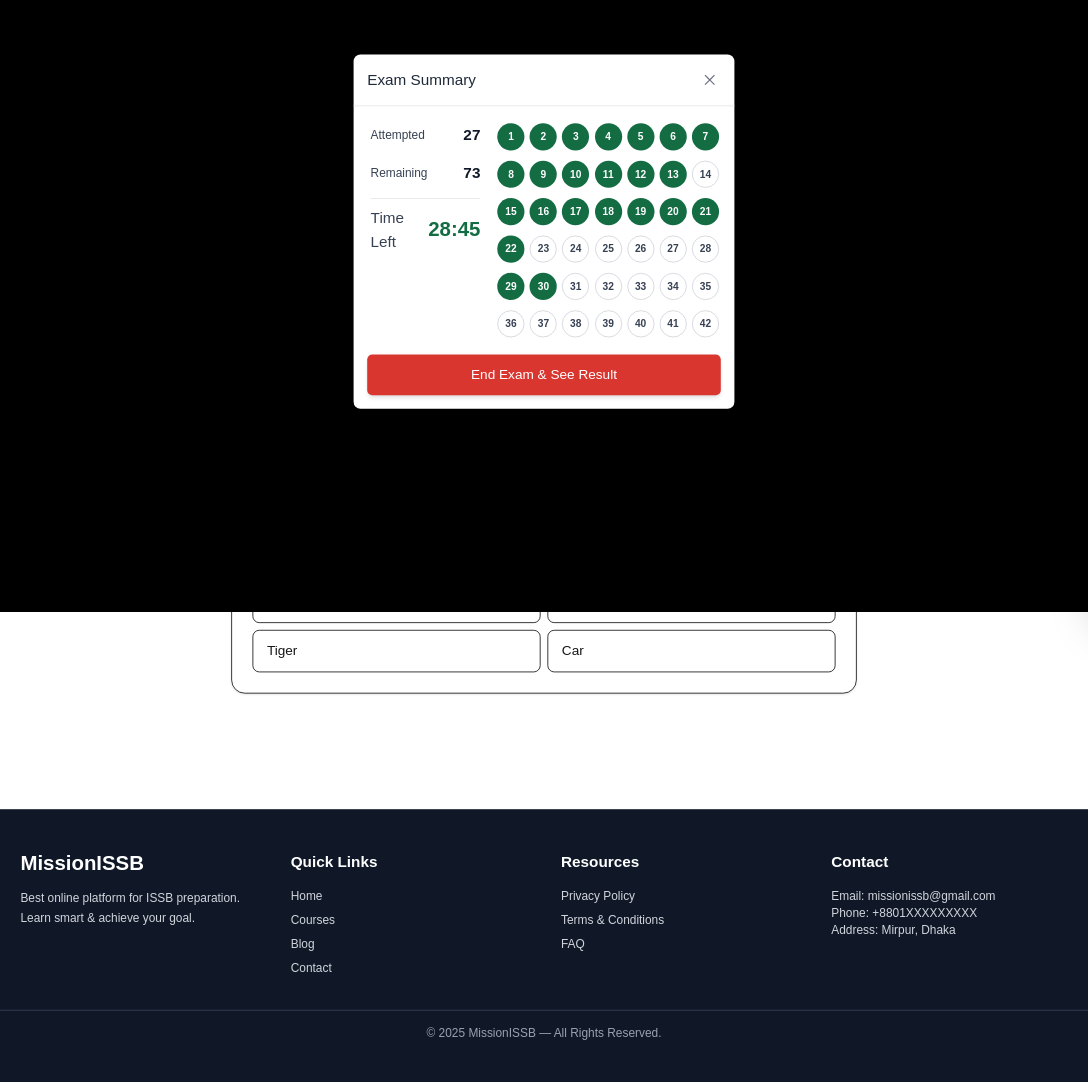
Repository: mdmuhibullahhabib/missionissb
Page: /exam/verbal-model-test-01, after clicking the first element matching `button.bg-green-900`
The author's editor kept a copy of each file at every save. The page is drawn from the files as they stood at one save, then again after a run of saves.
The browser window is 1280 px wide. The pictures show the whole page, at 85% of full size.
The page's requests for data from a server got no answer. The project was rebuilt for these pictures with package versions that can differ from the ones it lists, and the page was loaded fresh each time. The framework's server and built-in components were replaced by stand-ins that run in the browser. No one was signed in, and anything a server would have sent is missing. Also part of the build but not shown: next.config.mjs.

Above is the page before, as saved 2025-12-15 19:30:47.

### app/layout.js
import { Geist, Geist_Mono } from 'next/font/google'
import './globals.css'
import Footer from '@/components/shared/Footer'
import Navbar from '@/components/shared/Navbar'
import NextAuthProvider from './providers/NextAuthProvider'
import LayoutWrapper from '@/components/LayoutWrapper'

const geistSans = Geist({
  variable: '--font-geist-sans',
  subsets: ['latin']
})

const geistMono = Geist_Mono({
  variable: '--font-geist-mono',
  subsets: ['latin']
})

export const metadata = {
  title: 'Mission ISSB',
  description: 'Generated by create next app'
}

export default function RootLayout({ children }) {
  return (
    <html lang='en' suppressHydrationWarning={true}>
      <body
        className={`${geistSans.variable} ${geistMono.variable} antialiased`}
      >
        <NextAuthProvider>

                    <LayoutWrapper>{children}</LayoutWrapper>


          {/* <Navbar />

          {children}

          <Footer /> */}
        </NextAuthProvider>
      </body>
    </html>
  )
}

### app/exam/[id]/page.jsx
"use client";

import { useState, useEffect } from "react";
import { Clock } from "lucide-react";
import McqCard from "./components/McqCard";
import SubmitModal from "./components/SubmitModal";

/* Fake Questions */
const questions = [
  {
    question: "Find the odd one out",
    options: ["VUTS", "NUTS", "PONM", "JIHG", "None of these"],
  },
  {
    question: "Choose the correct series",
    options: ["2, 6, 12", "3, 9, 27", "5, 10, 20", "7, 14, 28"],
  },
  {
    question: "Which word is different?",
    options: ["Dog", "Cat", "Tiger", "Car"],
  },
];

const ExamPage = () => {
  const [answers, setAnswers] = useState({});
  const [showSubmitModal, setShowSubmitModal] = useState(false);
  const [timeLeft, setTimeLeft] = useState(1 * 60); // ✅ 35 min in seconds

  /* ================= TIMER LOGIC ================= */
  useEffect(() => {
    if (timeLeft <= 0) {
      handleSubmit();
      return;
    }

    const timer = setInterval(() => {
      setTimeLeft((prev) => prev - 1);
    }, 1000);

    return () => clearInterval(timer);
  }, [timeLeft]);

  /* ================= HELPER FUNCTIONS ================= */
  const handleSelect = (qIndex, optIdx) => {
    setAnswers({ ...answers, [qIndex]: optIdx });
  };

  const handleSubmit = () => {
    setShowSubmitModal(false);
    alert("Exam Submitted!");
    console.log("Submitted Answers:", answers);
  };

  /* ======== FORMAT TIMER ====== */
  const formatTime = (seconds) => {
    const m = Math.floor(seconds / 60)
      .toString()
      .padStart(2, "0");
    const s = (seconds % 60).toString().padStart(2, "0");
    return `${m}:${s}`;
  };

  return (
    <div className="min-h-screen bg-white pb-28">

      {/* Header */}
      <div className="text-center py-6">
        <h1 className="text-2xl font-bold">Verbal Model Test 01</h1>
        <p className="text-gray-600">
          Total Questions: {questions.length} | Duration: 35 min
        </p>
      </div>

      {/* Questions */}
      <div className="max-w-3xl space-y-4 mx-auto px-4">
        {questions.map((q, index) => (
          <McqCard
            key={index}
            index={index}
            question={q.question}
            options={q.options}
            selectedAnswer={answers[index]}
            onSelect={(optIdx) => handleSelect(index, optIdx)}
          />
        ))}
      </div>

      {/* Footer */}
      <div className="fixed bottom-0 left-0 w-full bg-white border-t px-4 py-3 flex justify-between items-center">
        <div className="flex items-center gap-2 font-medium">
          <Clock size={18} />
          <span>{formatTime(timeLeft)}</span>
        </div>

        <button
          onClick={() => setShowSubmitModal(true)}
          className="bg-green-900 btn text-white px-6 py-2 rounded-full"
        >
          Submit Exam
        </button>
      </div>

      {/* Submit Modal */}
      <SubmitModal
        isOpen={showSubmitModal}
        onClose={() => setShowSubmitModal(false)}
        onSubmit={handleSubmit}
      />
    </div>
  );
};

export default ExamPage;

### components/shared/Footer.jsx
"use client";
import Link from "next/link";

export default function Footer() {
  return (
    <footer className="bg-gray-900 text-gray-300 py-12">
      <div className="max-w-7xl mx-auto grid grid-cols-1 md:grid-cols-4 gap-10 px-6">

        {/* Column 1 */}
        <div>
          <h2 className="text-2xl font-bold text-white">MissionISSB</h2>
          <p className="mt-3 text-sm leading-6">
            Best online platform for ISSB preparation.
            Learn smart & achieve your goal.
          </p>
        </div>

        {/* Column 2 */}
        <div>
          <h3 className="text-lg font-semibold text-white mb-4">Quick Links</h3>
          <ul className="space-y-2 text-sm">
            <li><Link href="/" className="hover:text-white">Home</Link></li>
            <li><Link href="/courses" className="hover:text-white">Courses</Link></li>
            <li><Link href="/blog" className="hover:text-white">Blog</Link></li>
            <li><Link href="/contact" className="hover:text-white">Contact</Link></li>
          </ul>
        </div>

        {/* Column 3 */}
        <div>
          <h3 className="text-lg font-semibold text-white mb-4">Resources</h3>
          <ul className="space-y-2 text-sm">
            <li><Link href="/privacy" className="hover:text-white">Privacy Policy</Link></li>
            <li><Link href="/terms" className="hover:text-white">Terms & Conditions</Link></li>
            <li><Link href="/faq" className="hover:text-white">FAQ</Link></li>
          </ul>
        </div>

        {/* Column 4 */}
        <div>
          <h3 className="text-lg font-semibold text-white mb-4">Contact</h3>
          <p className="text-sm">Email: missionissb@gmail.com</p>
          <p className="text-sm">Phone: +8801XXXXXXXXX</p>
          <p className="text-sm">Address: Mirpur, Dhaka</p>
        </div>
      </div>

      <div className="mt-10 border-t border-gray-700 pt-4 text-center text-gray-400 text-sm">
        © {new Date().getFullYear()} MissionISSB — All Rights Reserved.
      </div>
    </footer>
  );
}

### components/shared/Navbar.jsx
"use client";
import { useState, useEffect } from "react";
import Link from "next/link";
import { FiMenu, FiX } from "react-icons/fi";
import { useSession } from "next-auth/react";
import { useRouter } from "next/navigation";
import DrawerMenu from "../user/UserDrawerMenu";


// Fake user data
const fakeUser = {
    name: "Muhibullah Habib",
    email: "muhib@example.com",
    avatar: "https://i.pravatar.cc/100?img=11",
    role: "admin",
};

export default function Navbar() {
    const [open, setOpen] = useState(false);
    const [scroll, setScroll] = useState(false);
    const router = useRouter();
        const [drawerOpen, setDrawerOpen] = useState(false);
    const [userDrawerOpen, setUserDrawerOpen] = useState(false);
    const { data: session, status } = useSession();
    console.log(session)
    console.log(status)

    // Scroll detection for shadow effect
    useEffect(() => {
        const handleScroll = () => {
            setScroll(window.scrollY > 10);
        };
        window.addEventListener("scroll", handleScroll);
        return () => window.removeEventListener("scroll", handleScroll);
    }, []);

    const navLinks = [
        { name: "হোম", href: "/" },
        { name: "কোর্স", href: "/courses" },
        { name: "যোগাযোগ", href: "/contact" },
    ];

    // User icon click
    const handleUserClick = () => {
        if (status == "authenticated") {
            setUserDrawerOpen(true);
        } else {
            router.push("/auth");
        }
    };

    return (
        <>
            <nav
                className={`w-full fixed top-0 z-50 transition-all ${scroll ? "bg-white shadow-md" : "bg-white"
                    }`}
            >
                <div className="max-w-7xl mx-auto px-5 py-3 flex justify-between items-center">

                    {/* Logo */}
                    <Link href="/" className="text-2xl font-bold text-blue-600">
                        Mission<span className="text-green-600">ISSB</span>
                    </Link>


                    {/* Auth Buttons */}
                    <div className="hidden items-center md:flex gap-4">
                        {/* Desktop Menu */}
                        <div className="hidden md:flex gap-8">
                            {navLinks.map((link) => (
                                <Link
                                    key={link.name}
                                    href={link.href}
                                    className="text-gray-700 font-semibold hover:text-blue-600 transition font-medium"
                                >
                                    {link.name}
                                </Link>
                            ))}
                        </div>

                        {/* User Icon */}
                        <button
                            onClick={handleUserClick}
                            className="p-2 rounded-full hover:bg-gray-100 transition duration-150"
                        >
                            {status == "authenticated" ? (
                                <img
                                    src={fakeUser?.avatar}
                                    alt="user"
                                    className="h-8 w-8 rounded-full border"
                                />
                            ) : (
                                <Link
                                    href="/auth"
                                    className="px-4 py-2 border border-blue-600 text-blue-600 rounded-lg hover:bg-blue-600 hover:text-white transition"
                                >
                                    Login
                                </Link>
                            )}
                        </button>
                    </div>

                    {/* Mobile Toggle */}
                    <button onClick={() => setOpen(!open)} className="md:hidden text-3xl">
                        {open ? <FiX /> : <FiMenu />}
                    </button>
                </div>

                {/* Mobile Menu */}
                <div
                    className={`md:hidden bg-white fixed top-[64px] left-0 w-full h-screen transition-all duration-300 ${open ? "translate-y-0 opacity-100" : "-translate-y-5 opacity-0 pointer-events-none"
                        }`}
                >
                    <div className="flex flex-col gap-6 px-6 py-6 text-lg">
                        {navLinks.map((link) => (
                            <Link
                                key={link.name}
                                href={link.href}
                                onClick={() => setOpen(false)}
                                className="text-gray-700 hover:text-blue-600"
                            >
                                {link.name}
                            </Link>
                        ))}

                        <hr />

                        <Link
                            href="/auth/login"
                            onClick={() => setOpen(false)}
                            className="text-blue-600 font-semibold"
                        >
                            Login
                        </Link>
                    </div>
                </div>
            </nav>

            <DrawerMenu
                isOpen={userDrawerOpen}
                onClose={() => setUserDrawerOpen(false)}
                // user={user}
            />
        </>
    );
}

### app/providers/NextAuthProvider.jsx
"use client"
import { SessionProvider } from 'next-auth/react'
import React from 'react'

const NextAuthProvider = ({ children }) => {
    return <SessionProvider>{children}</SessionProvider>
}

export default NextAuthProvider;

### components/LayoutWrapper.jsx
"use client";

import { usePathname } from "next/navigation";
import Navbar from "./shared/Navbar";
import Footer from "./shared/Footer";

export default function LayoutWrapper({ children }) {
  const pathname = usePathname();
  const isAdmin = pathname.startsWith("/admin");
  const isAuth = pathname.startsWith("/auth");

  return (
    <>
      {!isAdmin && !isAuth && <Navbar />}

      <main>{children}</main>

      {!isAdmin && !isAuth && <Footer />}
    </>
  );
}

### app/exam/[id]/components/McqCard.jsx
"use client";

import { Bookmark } from "lucide-react";

const McqCard = ({
  index,
  question,
  options,
  selectedAnswer,
  onSelect,
}) => {
  return (
    <div className="border rounded-2xl p-6 shadow-sm mb-6">

      {/* Question */}
      <div className="flex justify-between items-start mb-4">
        <h2 className="font-semibold text-lg">
          Q{index + 1}. {question}
        </h2>
        <Bookmark className="text-gray-400 cursor-pointer" />
      </div>

      {/* Options */}
      <div className="space-3 grid md:grid-cols-2 gap-2">
        {options.map((opt, idx) => (
          <button
            key={idx}
            onClick={() => onSelect(idx)}
            className={`w-full text-left px-4 py-3 border rounded-lg transition
              ${
                selectedAnswer === idx
                  ? "bg-green-100 border-green-600"
                  : "hover:bg-gray-50"
              }`}
          >
            {opt}
          </button>
        ))}
      </div>
    </div>
  );
};

export default McqCard;

### app/exam/[id]/components/SubmitModal.jsx
"use client";

import React from "react";
import { AiOutlineClose } from "react-icons/ai";

// --- Constants for stats ---
const ATTEMPTED_COUNT = 27;
const REMAINING_COUNT = 73;
const TIME_LEFT = "28:45";

// --- Mock question grid data (42 questions) ---
const MOCK_QUESTIONS = Array.from({ length: 42 }, (_, i) => {
  const id = i + 1;
  let status = "remaining";

  // Manually mark attempted questions based on visual pattern
  if (
    (id >= 1 && id <= 7) ||
    (id >= 9 && id <= 13) ||
    (id >= 15 && id <= 22) ||
    (id >= 29 && id <= 30) ||
    id === 8
  ) {
    status = "attempted";
  }

  return { id, status };
});

const SubmitModal = ({ isOpen, onClose, onSubmit }) => {
  if (!isOpen) return null;

  // Function to map question status to Tailwind classes
  const getQuestionClass = (status) => {
    switch (status) {
      case "attempted":
        return "bg-[#146C43] text-white"; // Dark green
      case "remaining":
      default:
        return "bg-white text-gray-700 border border-gray-300"; // Light gray
    }
  };

  return (
    <div
      className="fixed inset-0 z-50 flex items-start pt-16 justify-center bg-black bg-opacity-50"
      onClick={onClose}
    >
      <div
        className="bg-white rounded-lg shadow-xl w-full max-w-md mx-4"
        onClick={(e) => e.stopPropagation()}
      >
        {/* Header */}
        <div className="flex justify-between items-center p-4 border-b border-gray-200">
          <h2 className="text-lg font-medium text-gray-800">Exam Summary</h2>
          <button
            onClick={onClose}
            className="text-gray-500 hover:text-gray-700 p-1"
          >
            <AiOutlineClose size={18} />
          </button>
        </div>

        {/* Body */}
        <div className="p-5 flex space-x-5">
          {/* Stats */}
          <div className="mb-6 space-y-4">
            <div className="flex justify-between items-center">
              <span className="text-sm text-gray-700">Attempted</span>
              <span className="font-semibold text-lg text-gray-900">
                {ATTEMPTED_COUNT}
              </span>
            </div>
            <div className="flex justify-between items-center">
              <span className="text-sm text-gray-700">Remaining</span>
              <span className="font-semibold text-lg text-gray-900">
                {REMAINING_COUNT}
              </span>
            </div>
            <div className="flex justify-between items-center pt-2 border-t border-gray-200">
              <span className="text-lg font-medium text-gray-700">Time Left</span>
              <span className="font-bold text-2xl text-[#146C43]">{TIME_LEFT}</span>
            </div>
          </div>

          {/* Question Grid */}
          <div className="grid grid-cols-7 gap-x-2 gap-y-3">
            {MOCK_QUESTIONS.map((q) => (
              <div
                key={q.id}
                className={`flex items-center justify-center w-8 h-8 rounded-full text-xs font-semibold ${getQuestionClass(
                  q.status
                )}`}
              >
                {q.id}
              </div>
            ))}
          </div>
        </div>

        {/* Footer */}
        <div className="p-4 pt-0">
          <button
            onClick={onSubmit}
            className="w-full py-3 bg-[#D93630] hover:bg-red-700 text-white font-medium rounded-md shadow-md transition-colors"
          >
            End Exam & See Result
          </button>
        </div>
      </div>
    </div>
  );
};

export default SubmitModal;

### components/user/UserDrawerMenu.jsx
"use client";

import { FiX, FiUser, FiShoppingBag, FiSettings, FiGrid, FiLogOut } from "react-icons/fi";
import { motion, AnimatePresence } from "framer-motion";
import Image from "next/image";
import { useRouter } from "next/navigation";
import { signOut, useSession } from "next-auth/react";
import Link from "next/link";

export default function DrawerMenu({ isOpen, onClose, user = {} }) {
  const router = useRouter();
  const { data: session, status } = useSession();
  console.log(session)

  const handleNavigate = (path) => {
    onClose();
    router.push(path);
  };

  const handleLogout = async () => {
    // You can replace with your logout logic
    console.log("User logged out");
    onClose();
    await signOut();
  };

  const isAdmin = user?.role === "admin";

  return (
    <>
      {/* Overlay */}
      <AnimatePresence>
        {isOpen && (
          <motion.div
            initial={{ opacity: 0 }}
            animate={{ opacity: 1 }}
            exit={{ opacity: 0 }}
            onClick={onClose}
            className="fixed inset-0 bg-black/30 backdrop-blur-sm z-40 cursor-pointer"
          />
        )}
      </AnimatePresence>

      {/* Drawer */}
      <motion.div
        initial={{ x: "100%" }}
        animate={{ x: isOpen ? 0 : "100%" }}
        exit={{ x: "100%" }}
        transition={{ type: "spring", stiffness: 100, damping: 20 }}
        className="fixed top-0 right-0 h-full w-80 sm:w-96 bg-white shadow-2xl z-50 flex flex-col"
      >
        {/* Header */}
        <div className="flex justify-between items-center p-4 border-b">
          <div className="flex items-center gap-3">
            <Image
              src={user?.photo || "https://i.ibb.co/5j9n3yH/default-avatar.png"}
              width={40}
              height={40}
              alt="User avatar"
              className="rounded-full object-cover"
            />
            <div>
              <p className="font-semibold text-gray-800">
                {user?.name || "Guest User"}
              </p>
              <p className="text-xs text-gray-500">
                {isAdmin ? "Administrator" : "Regular User"}
              </p>
            </div>
          </div>
          <button onClick={onClose} className="text-gray-600 hover:text-red-500">
            <FiX className="h-6 w-6" />
          </button>
        </div>

        {/* Menu Items */}
        <div className="flex-1 overflow-y-auto p-5 space-y-4 text-gray-700">
          <button
            onClick={() => handleNavigate("/profile")}
            className="flex items-center gap-3 w-full p-3 rounded-xl hover:bg-gray-100 transition"
          >
            <FiUser className="text-red-500" />
            <span>My Profile</span>
          </button>

          <Link
            href={"/mycourse"}
            // onClick={() => handleNavigate("/mycourse")}
            className="flex items-center gap-3 w-full p-3 rounded-xl hover:bg-gray-100 transition"
          >
            <FiShoppingBag className="text-red-500" />
            <span>My Courses</span>
          </Link>

          <Link
            href={"/admin/dashboard"}
            // onClick={() => handleNavigate("/mycourse")}
            className="flex items-center gap-3 w-full p-3 rounded-xl hover:bg-gray-100 transition"
          >
            <FiShoppingBag className="text-red-500" />
            <span>Admin Dashboard</span>
          </Link>

          {isAdmin && (
            <button
              onClick={() => handleNavigate("/admin/dashboard")}
              className="flex items-center gap-3 w-full p-3 rounded-xl hover:bg-gray-100 transition"
            >
              <FiGrid className="text-red-500" />
              <span>Admin Dashboard</span>
            </button>
          )}
        </div>

        {/* Footer */}
        <div className="border-t p-4">
          <button
            onClick={handleLogout}
            className="flex items-center justify-center gap-2 w-full py-2 bg-red-600 text-white font-medium rounded-xl hover:bg-red-700 transition"
          >
            <FiLogOut />
            Logout
          </button>
        </div>
      </motion.div>
    </>
  );
}

Loaded but not shown: app/globals.css (common file)

After the next 2 saves:
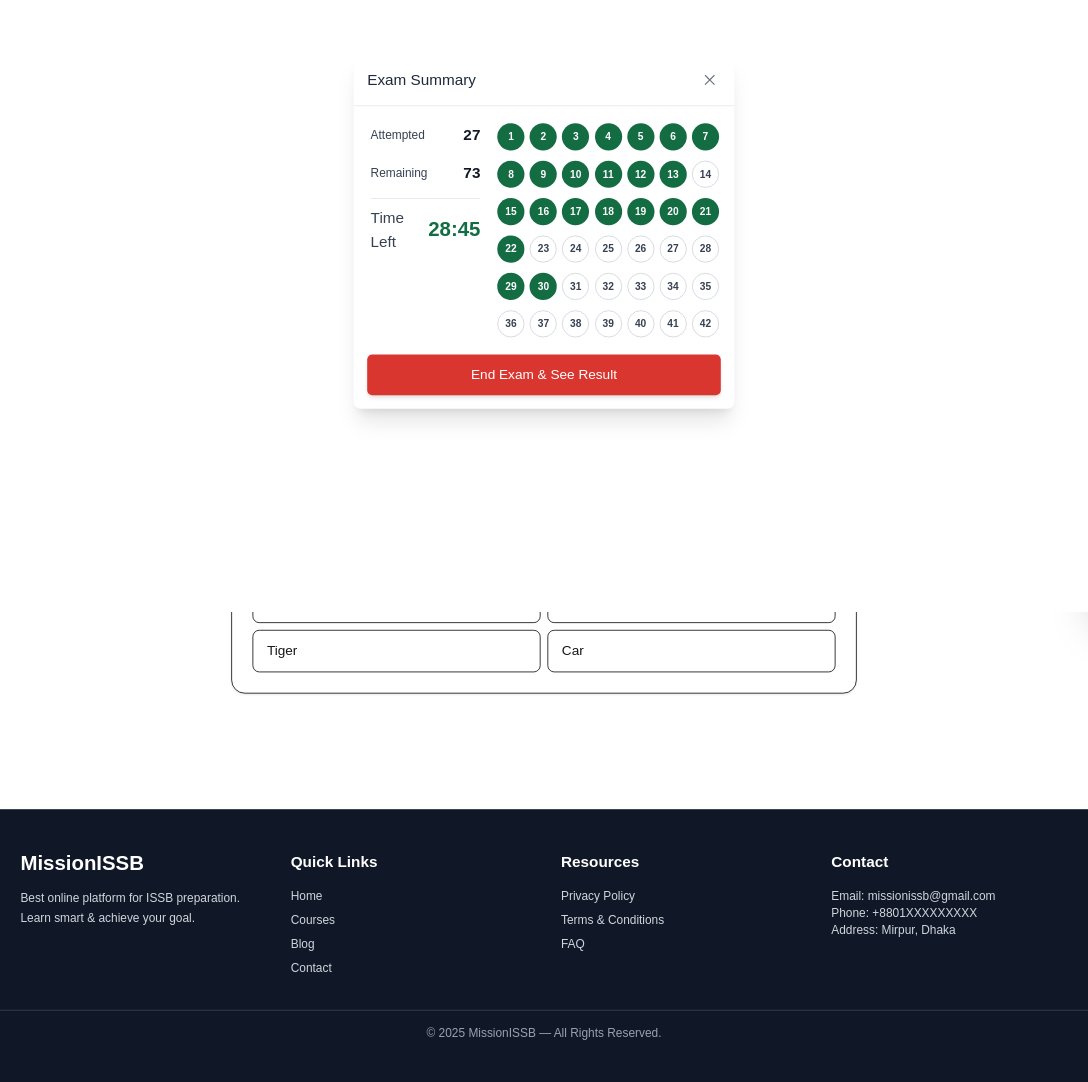
The 2 saves are shown as one change because they came seconds apart.
The last was saved 7 s later.
--- a/app/exam/[id]/components/SubmitModal.jsx
+++ b/app/exam/[id]/components/SubmitModal.jsx
@@ -43,7 +43,7 @@ const SubmitModal = ({ isOpen, onClose, onSubmit }) => {
 
   return (
     <div
-      className="fixed inset-0 z-50 flex items-start pt-16 justify-center bg-black bg-opacity-50"
+      className="fixed inset-0 z-50 flex items-start pt-16 justify-center bg-white bg-opacity-50"
       onClick={onClose}
     >
       <div
